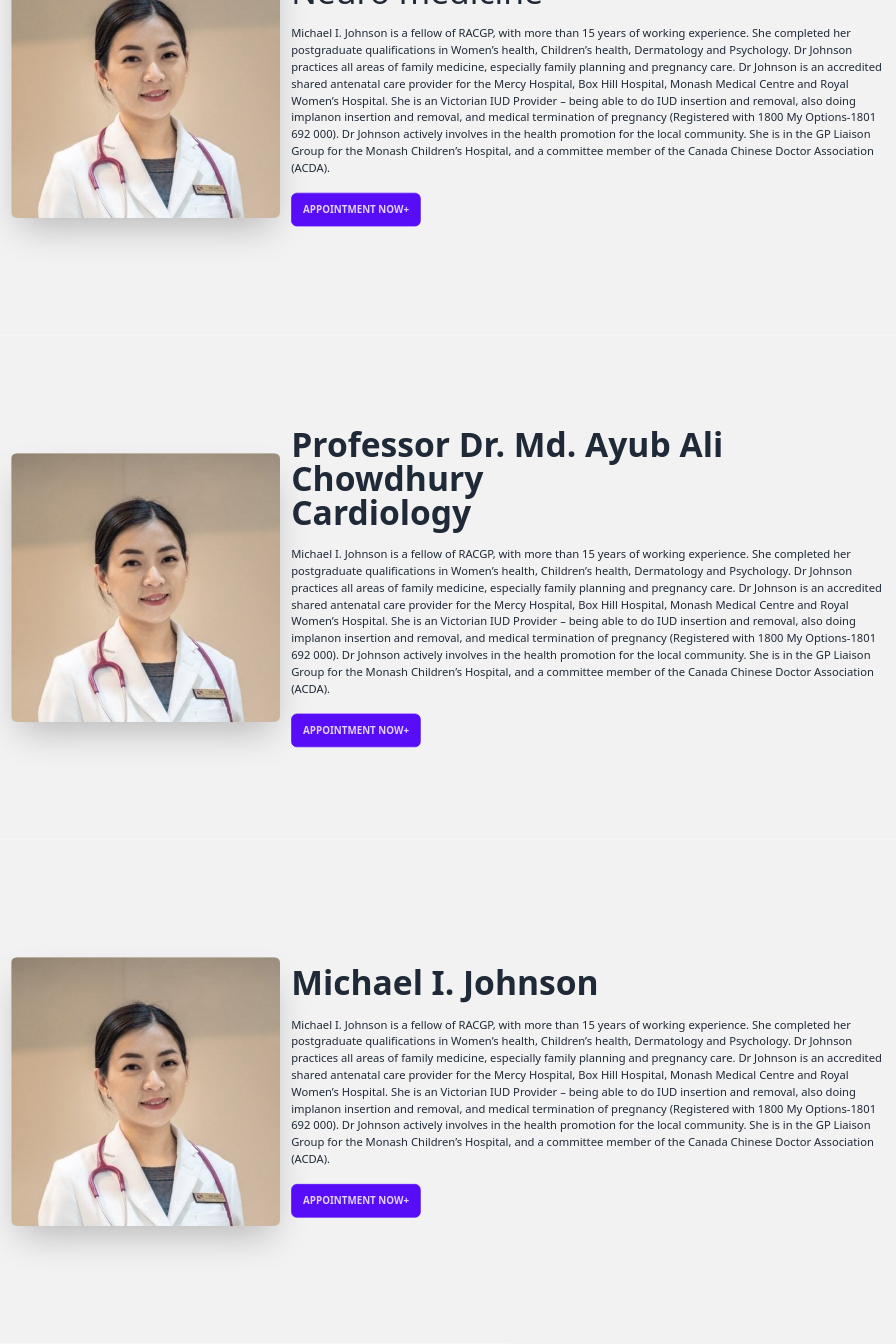
Repository: salmaakter11/Medical-Health
Page: /
The author's editor kept a copy of each file at every save. The page is drawn from the files as they stood at one save, then again after the next save.
The browser window is 1280 px wide. The pictures show the part of the page from y = 1168 to 3088 px (the page is 3088 px tall), at 70% of full size.
The project was rebuilt for these pictures with package versions that can differ from the ones it lists, and the page was loaded fresh each time. Also part of the build but not shown: vite.config.js.

Above is the page before, as saved 2023-07-10 21:47:07.

After the next save:
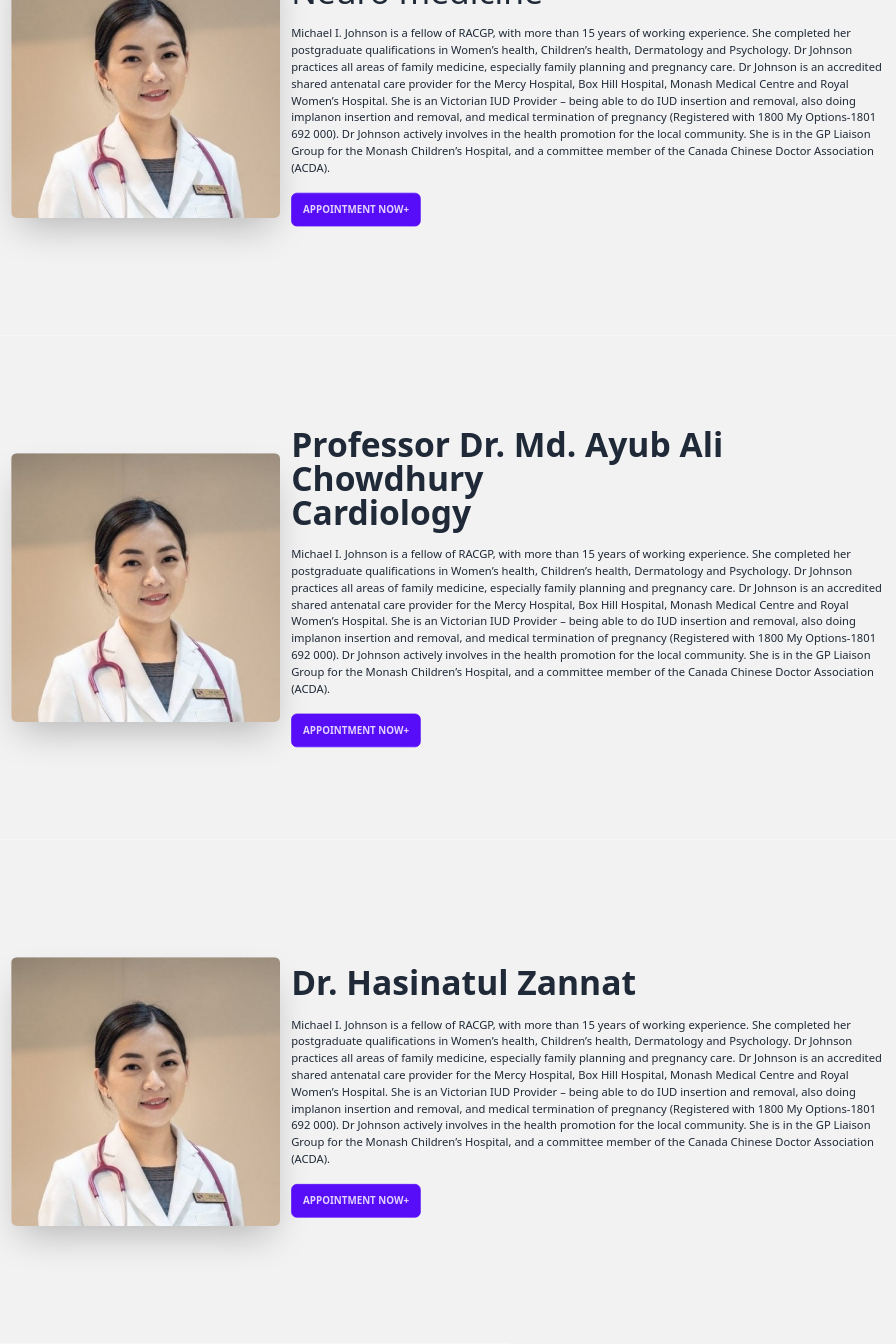
Saved 28 s later.
--- a/src/component/Doctor's/Doctor.jsx
+++ b/src/component/Doctor's/Doctor.jsx
@@ -42,7 +42,7 @@
   <div className="hero-content flex-col lg:flex-row">
     <img src={doc1} className="max-w-sm rounded-lg shadow-2xl" />
     <div>
-      <h1 className="text-5xl font-bold">Michael I. Johnson</h1>
+      <h1 className="text-5xl font-bold">Dr. Hasinatul Zannat</h1>
       <h4 className="text-5xl font-bold"></h4>
       <p className="py-6">Michael I. Johnson is a fellow of RACGP, with more than 15 years of working experience. She completed her postgraduate qualifications in Women’s health, Children’s health, Dermatology and Psychology.
 Dr Johnson practices all areas of family medicine, especially family planning and pregnancy care. Dr Johnson is an accredited shared antenatal care provider for the Mercy Hospital, Box Hill Hospital, Monash Medical Centre and Royal Women’s Hospital. She is an Victorian IUD Provider – being able to do IUD insertion and removal, also doing implanon insertion and removal, and medical termination of pregnancy (Registered with 1800 My Options-1801 692 000).
